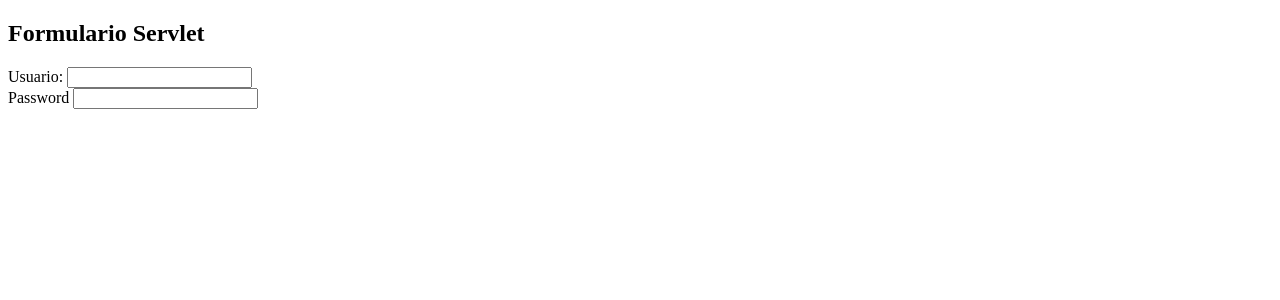
Repository: SRubiRosales/JavaBasico
Page: http://localhost/ManejoParametros/
The author's editor kept a copy of each file at every save. The page is drawn from the files as they stood at one save, then again after the next save.
The browser window is 1280 px wide. The pictures show the whole page.
The page is served by Tomcat 9.

Above is the page before, as saved 2022-04-25 20:22:30.

After the next save:
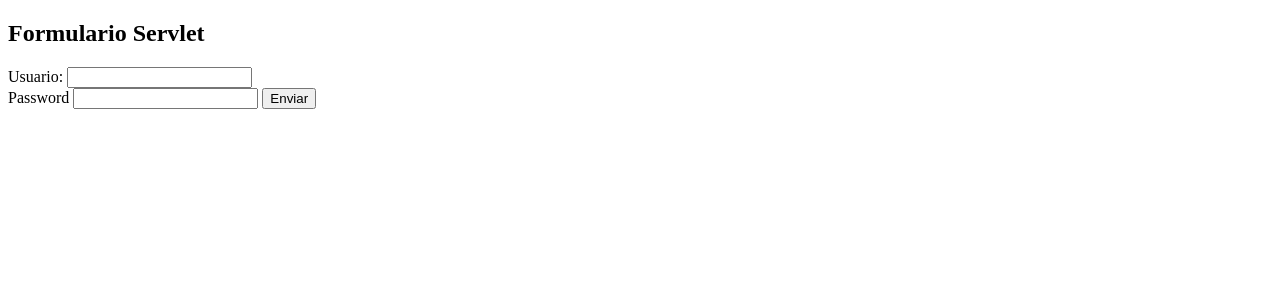
Saved 34 s later.
--- a/ManejoParametros/src/main/webapp/index.jsp
+++ b/ManejoParametros/src/main/webapp/index.jsp
@@ -10,6 +10,7 @@
 			Usuario: <input type="text" name="usuario"/>
 			<br>
 			Password <input type="password" name="password"/>
+			<input type="submit" value="Enviar"/>
 		</form>
 	</body>
 </html>
